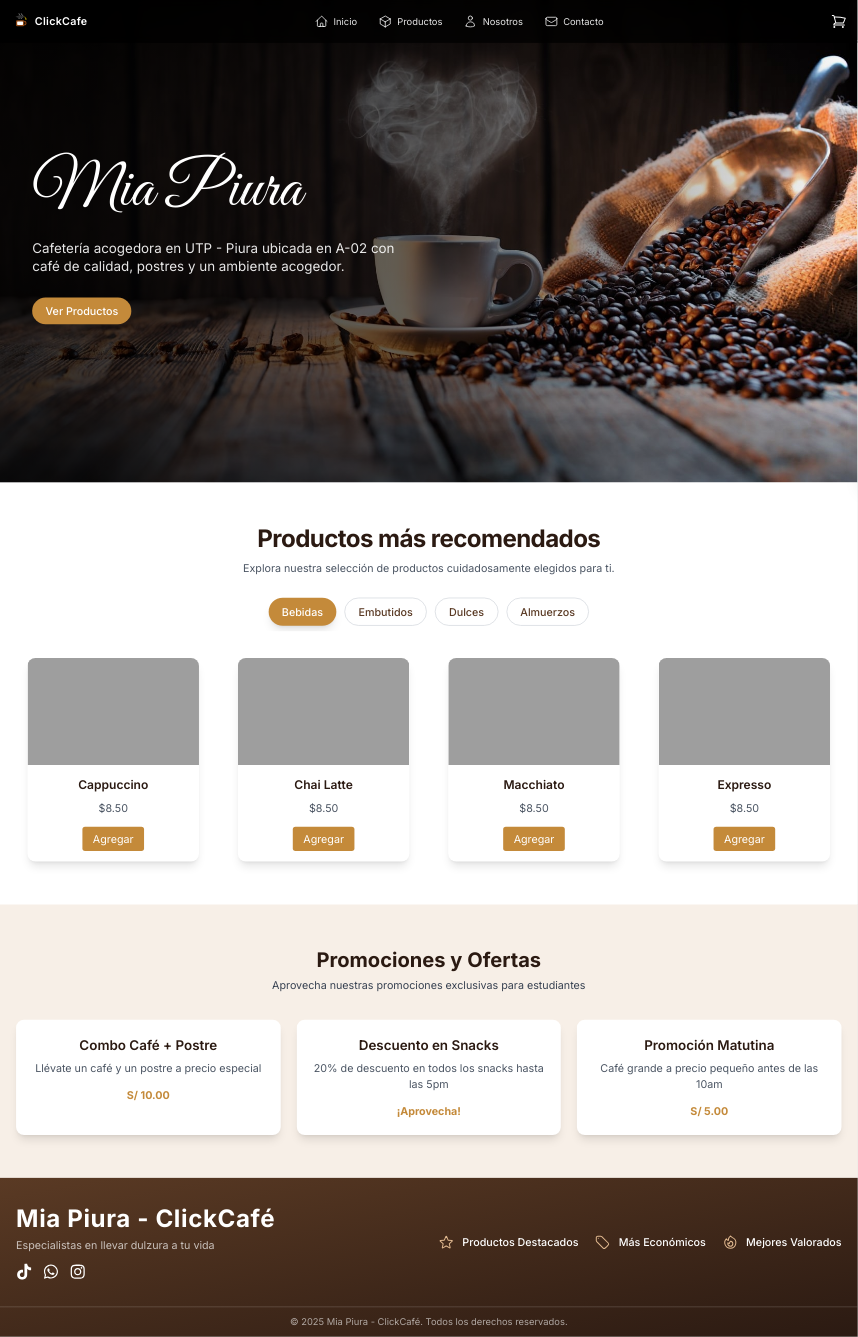
Repository: Adrian-JP777/INTEGRADOR
Page: /home (app in clickcafe/)
The author's editor kept a copy of each file at every save. The page is drawn from the files as they stood at one save, then again after the next save.
The browser window is 1280 px wide. The pictures show the whole page, at 67% of full size.
Pictures or frames that could not be fetched are drawn as grey boxes. The project was rebuilt for these pictures with package versions that can differ from the ones it lists, and the page was loaded fresh each time. Also part of the build but not shown: clickcafe/vite.config.js, clickcafe/src/pages/ProductsPage.jsx, clickcafe/src/pages/AboutPage.jsx, clickcafe/src/layouts/AdminLayout.jsx, clickcafe/src/pages/admin/AdminHomePage.jsx, clickcafe/src/pages/admin/AdminProductsPage.jsx, clickcafe/src/pages/admin/AdminPedidosPage.jsx, clickcafe/src/pages/admin/AdminSalesPage.jsx.

Above is the page before, as saved 2025-09-24 23:33:37.

After the next save:
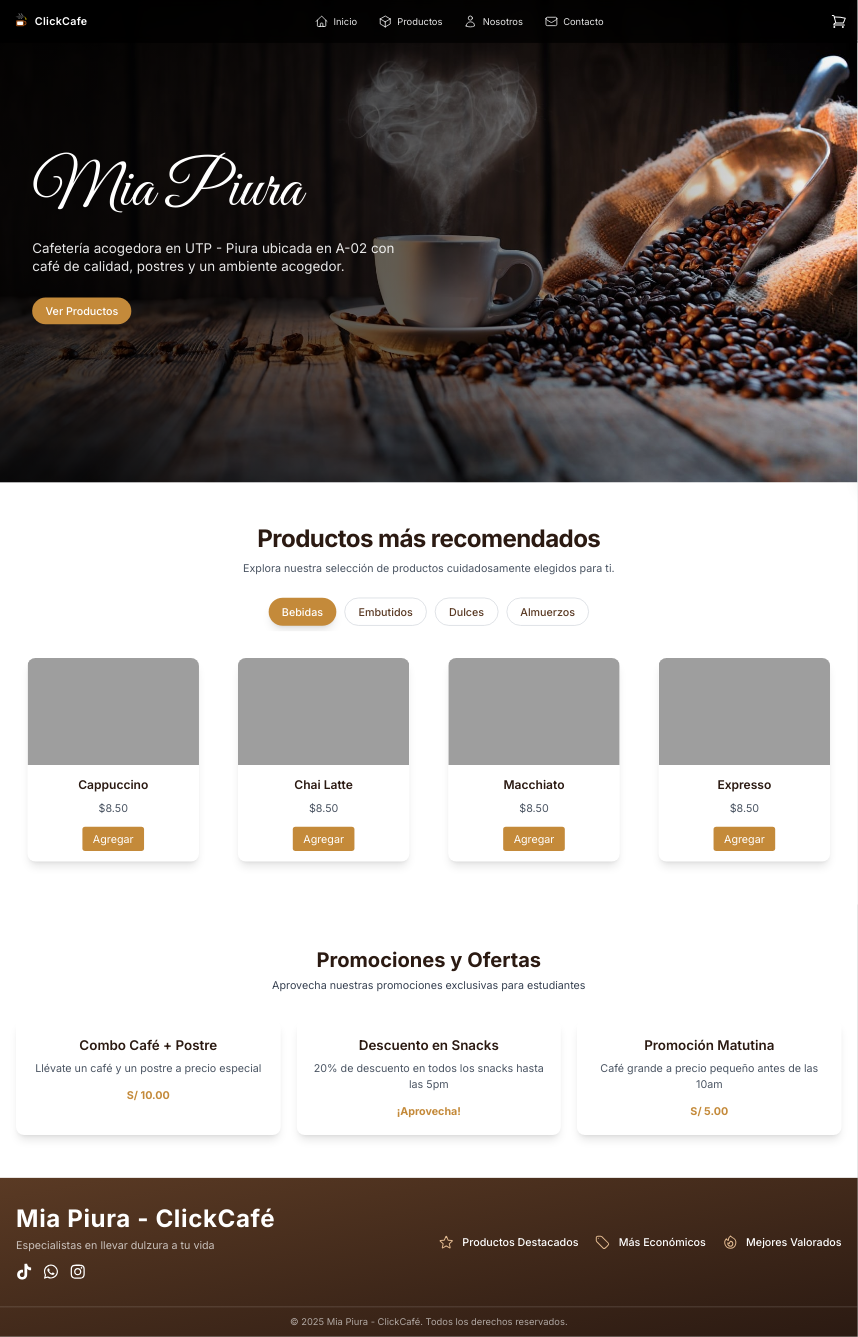
Saved 23 s later.
--- a/clickcafe/src/components/Promotions.jsx
+++ b/clickcafe/src/components/Promotions.jsx
@@ -4,7 +4,7 @@
 // src/components/Promotions.jsx
 export default function Promotions() {
   return (
-    <section className="py-16 bg-cafe-50">
+    <section className="py-16">
       <div className="max-w-7xl mx-auto px-6">
         <h2 className="titulo-seccion text-center text-3xl font-bold">
           Promociones y Ofertas

After the save that followed:
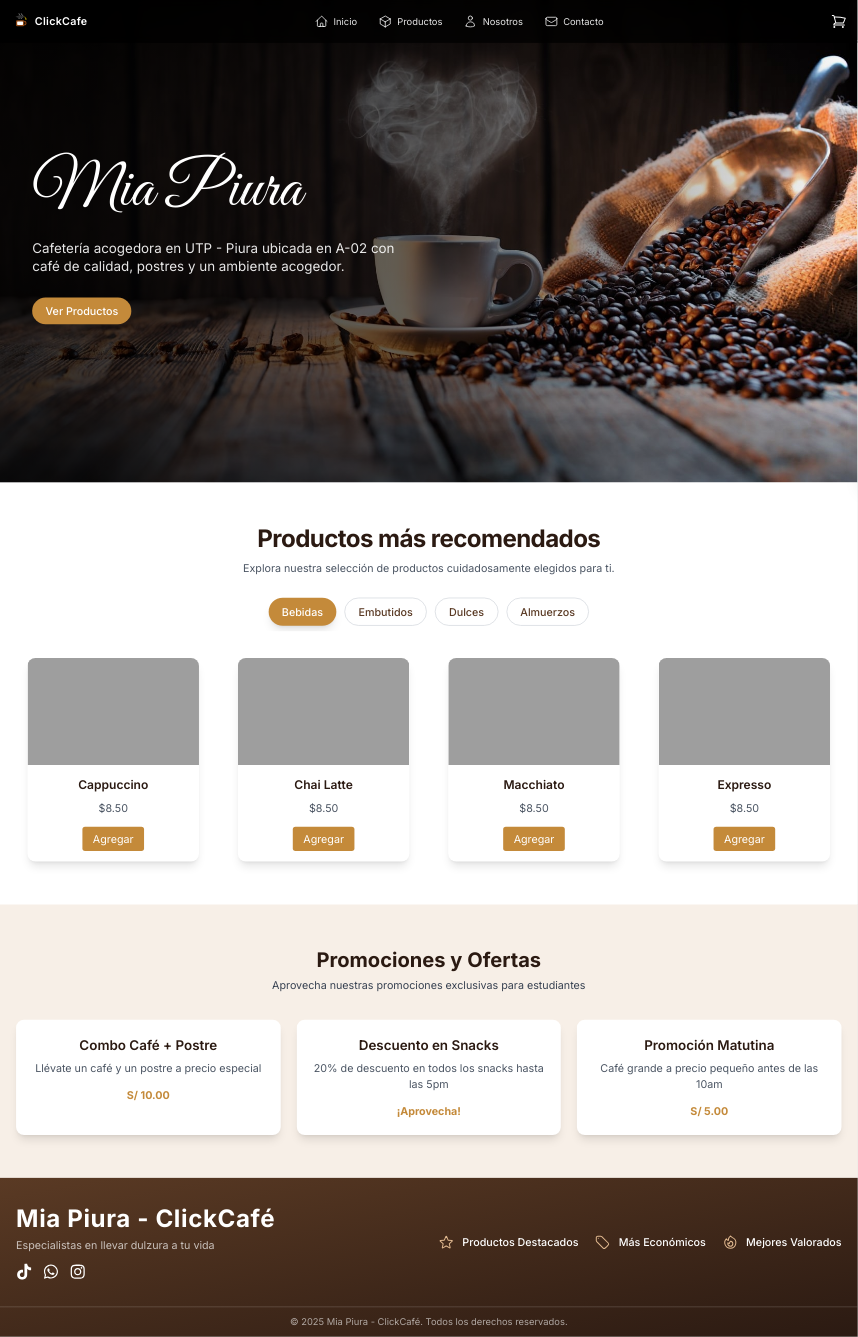
Saved 42 s later.
--- a/clickcafe/src/components/Promotions.jsx
+++ b/clickcafe/src/components/Promotions.jsx
@@ -1,34 +1,63 @@
-// Promotions.jsx
+// src/components/Promotions.jsx
 import { motion } from "framer-motion";
 
-// src/components/Promotions.jsx
 export default function Promotions() {
+  const promociones = [
+    {
+      titulo: "Combo Café + Postre",
+      descripcion: "Llévate un café y un postre a precio especial",
+      precio: "S/ 10.00",
+    },
+    {
+      titulo: "Descuento en Snacks",
+      descripcion: "20% de descuento en todos los snacks hasta las 5pm",
+      precio: "¡Aprovecha!",
+    },
+    {
+      titulo: "Promoción Matutina",
+      descripcion: "Café grande a precio pequeño antes de las 10am",
+      precio: "S/ 5.00",
+    },
+  ];
+
   return (
-    <section className="py-16">
+    <section className="py-16 bg-cafe-50">
       <div className="max-w-7xl mx-auto px-6">
-        <h2 className="titulo-seccion text-center text-3xl font-bold">
+        <motion.h2
+          className="titulo-seccion text-center text-3xl font-bold"
+          initial={{ opacity: 0, y: -20 }}
+          whileInView={{ opacity: 1, y: 0 }}
+          viewport={{ once: true }}
+          transition={{ duration: 0.6 }}
+        >
           Promociones y Ofertas
-        </h2>
-        <p className="text-center mt-2 text-gray-700">
+        </motion.h2>
+
+        <motion.p
+          className="text-center mt-2 text-gray-700"
+          initial={{ opacity: 0, y: 20 }}
+          whileInView={{ opacity: 1, y: 0 }}
+          viewport={{ once: true }}
+          transition={{ duration: 0.6, delay: 0.2 }}
+        >
           Aprovecha nuestras promociones exclusivas para estudiantes
-        </p>
+        </motion.p>
 
         <div className="mt-10 grid grid-cols-1 sm:grid-cols-2 md:grid-cols-3 gap-6">
-          <div className="bg-white rounded-xl p-6 shadow-lg text-center">
-            <h3 className="font-semibold text-xl">Combo Café + Postre</h3>
-            <p className="mt-2 text-gray-600">Llévate un café y un postre a precio especial</p>
-            <span className="mt-4 block text-cafe-500 font-bold">S/ 10.00</span>
-          </div>
-          <div className="bg-white rounded-xl p-6 shadow-lg text-center">
-            <h3 className="font-semibold text-xl">Descuento en Snacks</h3>
-            <p className="mt-2 text-gray-600">20% de descuento en todos los snacks hasta las 5pm</p>
-            <span className="mt-4 block text-cafe-500 font-bold">¡Aprovecha!</span>
-          </div>
-          <div className="bg-white rounded-xl p-6 shadow-lg text-center">
-            <h3 className="font-semibold text-xl">Promoción Matutina</h3>
-            <p className="mt-2 text-gray-600">Café grande a precio pequeño antes de las 10am</p>
-            <span className="mt-4 block text-cafe-500 font-bold">S/ 5.00</span>
-          </div>
+          {promociones.map((p, i) => (
+            <motion.div
+              key={i}
+              className="bg-white rounded-xl p-6 shadow-lg text-center"
+              initial={{ opacity: 0, y: 30, scale: 0.9 }}
+              whileInView={{ opacity: 1, y: 0, scale: 1 }}
+              viewport={{ once: true }}
+              transition={{ duration: 0.6, delay: i * 0.2 }}
+            >
+              <h3 className="font-semibold text-xl">{p.titulo}</h3>
+              <p className="mt-2 text-gray-600">{p.descripcion}</p>
+              <span className="mt-4 block text-cafe-500 font-bold">{p.precio}</span>
+            </motion.div>
+          ))}
         </div>
       </div>
     </section>
